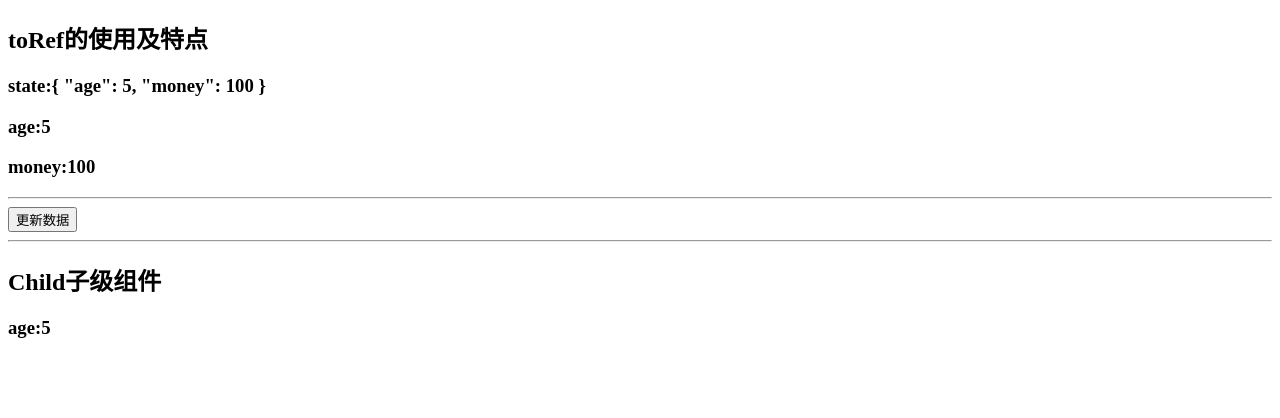
Repository: zhuhongxiang/Vue3.0-TSLeaning
Page: / (app in 04_Vue3/vue3_learning/)
These files come from the project's save history. The page is drawn as it stood at one moment and after a run of saves; the edit follows.
The browser window is 1280 px wide. The pictures show the whole page.
The project was rebuilt for these pictures with package versions that can differ from the ones it lists, and the page was loaded fresh each time.

Above is the page before, as saved 2021-07-27 11:24:32.

After the next 2 saves:
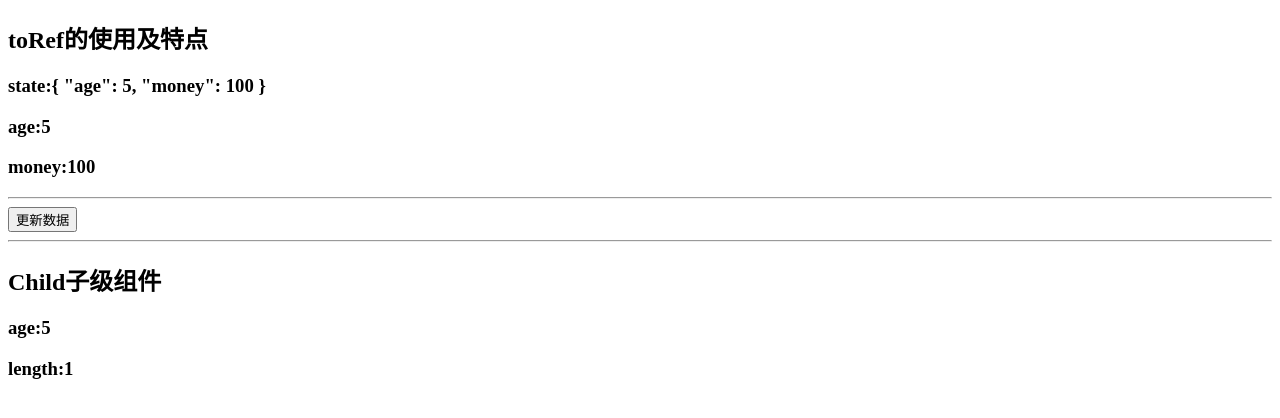
The 2 saves are shown as one change because 1 did not build or start.
The last was saved 5 min 22 s later.
--- a/04_Vue3/vue3_learning/src/components/Child.vue
+++ b/04_Vue3/vue3_learning/src/components/Child.vue
@@ -1,10 +1,16 @@
 <template>
   <h2>Child子级组件</h2>
   <h3>age:{{ age }}</h3>
+  <h3>length:{{ length }}</h3>
 </template>
 
 <script lang='ts'>
-import { defineComponent, reactive } from "vue";
+import { computed, defineComponent, reactive, Ref, ref, toRef } from "vue";
+function useGetLength(age: Ref) {
+  return computed(() => {
+    return age.value.toString().length;
+  });
+}
 export default defineComponent({
   name: "Child",
   props: {
@@ -14,8 +20,11 @@ export default defineComponent({
     },
   },
   components: {},
-  setup() {
-    return {};
+  setup(props) {
+    const length = useGetLength(toRef(props, "age"));
+    return {
+      length,
+    };
   },
 });
 </script>
